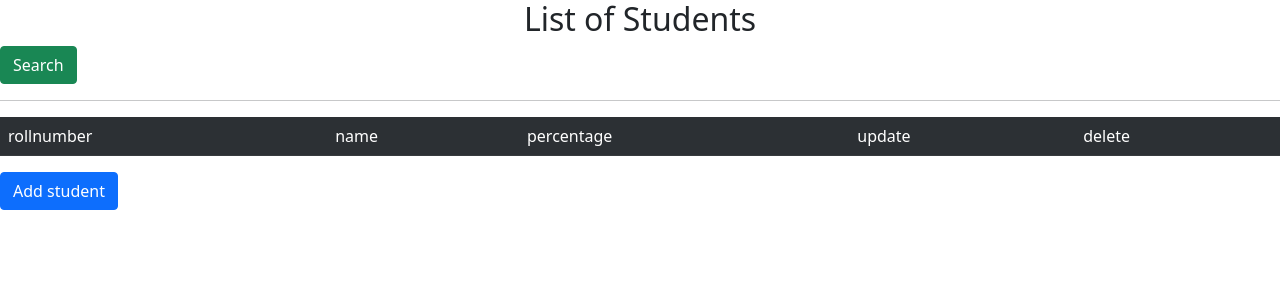
Repository: RMVLajaykumar/monojavaee
Page: http://localhost/12-student-mvc-db/Student
These files come from the project's save history. The page is drawn as it stood at one moment and after the next save; the edit follows.
The browser window is 1280 px wide. The pictures show the whole page.
The page is served by Tomcat 9. Other server files are loaded and not shown. Queries for data that is not in the repository find no rows.

Above is the page before, as saved 2024-07-18 06:49:28.

### 12-student-mvc-db/WebContent/view-student.jsp
<%@ page language="java" contentType="text/html; charset=ISO-8859-1"
    pageEncoding="ISO-8859-1"%>
<%@ taglib uri="http://java.sun.com/jsp/jstl/core" prefix="c"%>
<%@ taglib uri="http://java.sun.com/jsp/jstl/functions" prefix="fn"%>
<link href="https://cdn.jsdelivr.net/npm/bootstrap@5.0.2/dist/css/bootstrap.min.css" rel="stylesheet" integrity="sha384-EVSTQN3/azprG1Anm3QDgpJLIm9Nao0Yz1ztcQTwFspd3yD65VohhpuuCOmLASjC" crossorigin="anonymous">
<script src="https://cdn.jsdelivr.net/npm/bootstrap@5.0.2/dist/js/bootstrap.bundle.min.js" integrity="sha384-MrcW6ZMFYlzcLA8Nl+NtUVF0sA7MsXsP1UyJoMp4YLEuNSfAP+JcXn/tWtIaxVXM" crossorigin="anonymous"></script>

<!DOCTYPE html>
<html>
<head>
<meta charset="ISO-8859-1">
<title>Insert title here</title>
</head>
<body>
<h2 class="text-center">List of Students</h2>



<table class="table table-dark table-striped">
		<tr>
			<td>rollnumber</td>
			<td>name</td>
			<td>percentage</td>
			<td>update</td>
			<td>delete</td>

		</tr>
		<c:forEach var="student" items="${theStudentList}" >
			<tr>
				<td>${student.rollnumber}</td>
				<td>${student.name}</td>
				<td>${student.pecentage}</td>
				<td>
				<a href="Student?command=load&rollnumber=${student.rollnumber}" class="btn btn-secondary">Update</a>
				</td>
				<td>
				<a href="Student?command=delete&rollnumber=${student.rollnumber}" class="btn btn-warning">Delete</a>
				</td>


			</tr>
	 </c:forEach>
	   <a href="search-student.jsp" class="btn btn-success" >Search</a>
	  <hr>

	 </table>

          <a href="add-student.jsp" class="btn btn-primary">Add student</a>


</body>
</html>

### 12-student-mvc-db/src/com/monocept/controller/StudentController.java
package com.monocept.controller;

import java.io.IOException;
import java.util.List;

import javax.annotation.Resource;
import javax.servlet.RequestDispatcher;
import javax.servlet.ServletException;
import javax.servlet.annotation.WebServlet;
import javax.servlet.http.HttpServlet;
import javax.servlet.http.HttpServletRequest;
import javax.servlet.http.HttpServletResponse;
import javax.sql.DataSource;

import com.monocept.dao.StudentDbUtil;
import com.monocept.entry.Student;


@WebServlet("/Student")
public class StudentController extends HttpServlet {
	private static final long serialVersionUID = 1L;

	private StudentDbUtil studentDbUtil;

   @Resource (name="jdbc/studentdb")
   private DataSource dataSource;

   @Override
   public void init() throws ServletException{
	   super.init();
	   studentDbUtil=new StudentDbUtil(dataSource);

   }


	protected void doGet(HttpServletRequest request, HttpServletResponse response) throws ServletException, IOException {
		String  command;
		command=request.getParameter("command");

		if(command==null) {
			command="list";
		}

		System.out.println(command);

		switch(command) {
		case "add":
			addStudent(request,response);
			break;
		case "load":
			loadStudent(request,response);
			break;
		case "update":
			updateStudent(request,response);
			break;
		case "delete":
			deleteStudent(request,response);
			break;

		default :
			listStudent(request,response);

		}
	}
	private void updateStudent(HttpServletRequest request, HttpServletResponse response) throws IOException {

		int rollnumber=Integer.parseInt(request.getParameter("rollnumber"));
		String name=request.getParameter("name");
		int percentageParameter=Integer.parseInt(request.getParameter("pecentage"));

		Student student=new Student(rollnumber,name,percentageParameter);
		boolean isUpdate=studentDbUtil.updateStudent(student);
		if(isUpdate) {
			 response.sendRedirect(request.getContextPath() + "/Student");
		}
	}


	private void deleteStudent(HttpServletRequest request, HttpServletResponse response) throws IOException {

		int rollnumber=Integer.parseInt(request.getParameter("rollnumber"));
		boolean isDelete=studentDbUtil.deleteStudent(rollnumber);
		if(isDelete) {
			response.sendRedirect(request.getContextPath() + "/Student");
		}
	}


	private void loadStudent(HttpServletRequest request, HttpServletResponse response) throws ServletException, IOException {
    int rollnumber=Integer.parseInt(request.getParameter("rollnumber"));

    Student student=studentDbUtil.getStudent(rollnumber);
    request.setAttribute("theStudent", student);
	RequestDispatcher requestDispatcher = request.getRequestDispatcher("update-student.jsp");
	requestDispatcher.forward(request, response);
	}


	private void addStudent(HttpServletRequest request, HttpServletResponse response) throws ServletException, IOException {
		String name=request.getParameter("name");
		String percentageParameter=request.getParameter("pecentage");
		int pecentage=0;
		try {
		if(percentageParameter!=null && !percentageParameter.isEmpty()) {
			pecentage=Integer.parseInt(percentageParameter);

		}
		}
		catch(NumberFormatException e) {
			e.printStackTrace();
		}

		Student student = new Student(name,pecentage);
		System.out.println(student);

		boolean isAdded=studentDbUtil.addStudent(student);
		 System.out.println(isAdded);
		 if(isAdded) {
			 response.sendRedirect(request.getContextPath() + "/Student");
		 }
		 //listStudent(request,response);

	 }

	private void listStudent(HttpServletRequest request, HttpServletResponse response)  throws ServletException, IOException {
		List<Student> studentList = studentDbUtil.getStudent();
		System.out.println(studentList);
		request.setAttribute("theStudentList", studentList);
		RequestDispatcher requestDispatcher = request.getRequestDispatcher("view-student.jsp");
		requestDispatcher.forward(request, response);


	}


	protected void doPost(HttpServletRequest request, HttpServletResponse response) throws ServletException, IOException {

	}

}

After the next save:
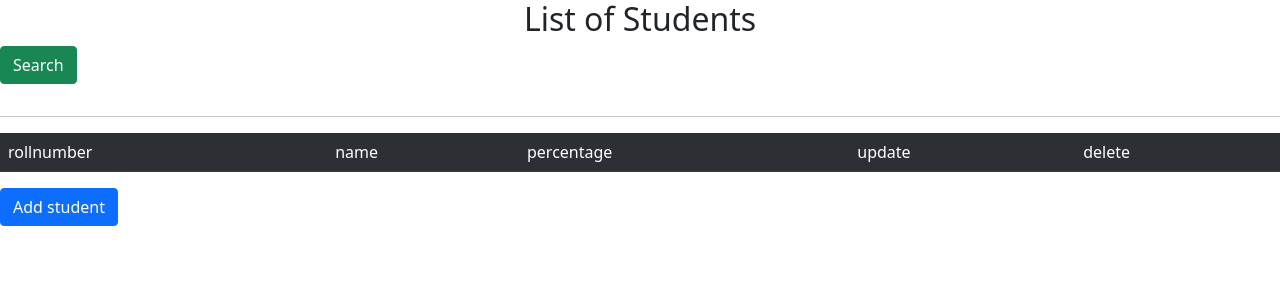
Saved 49 s later.
--- a/12-student-mvc-db/WebContent/view-student.jsp
+++ b/12-student-mvc-db/WebContent/view-student.jsp
@@ -40,7 +40,7 @@
 
 			</tr>
 	 </c:forEach>
-	   <a href="search-student.jsp" class="btn btn-success" >Search</a>
+	   <a href="search-student.jsp" class="btn btn-success mb-3" >Search</a>
 	  <hr>
 
 	 </table>

After the save that followed:
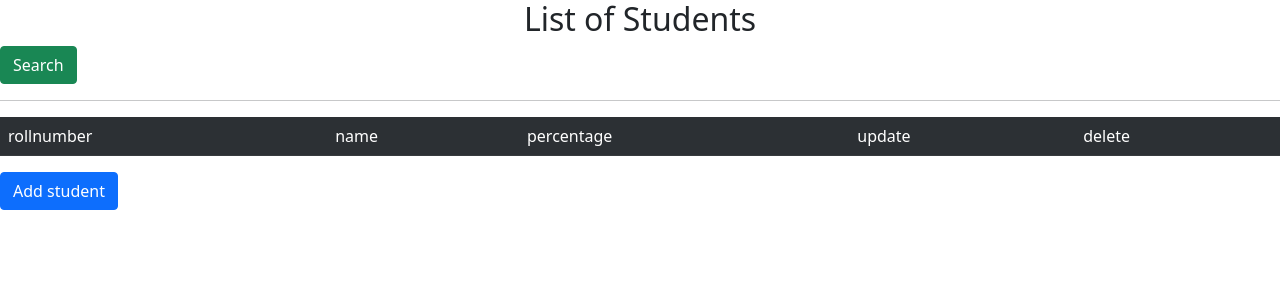
Saved 27 s later.
--- a/12-student-mvc-db/WebContent/view-student.jsp
+++ b/12-student-mvc-db/WebContent/view-student.jsp
@@ -40,7 +40,7 @@
 
 			</tr>
 	 </c:forEach>
-	   <a href="search-student.jsp" class="btn btn-success mb-3" >Search</a>
+	   <a href="search-student.jsp" class="btn btn-success text-center" >Search</a>
 	  <hr>
 
 	 </table>
